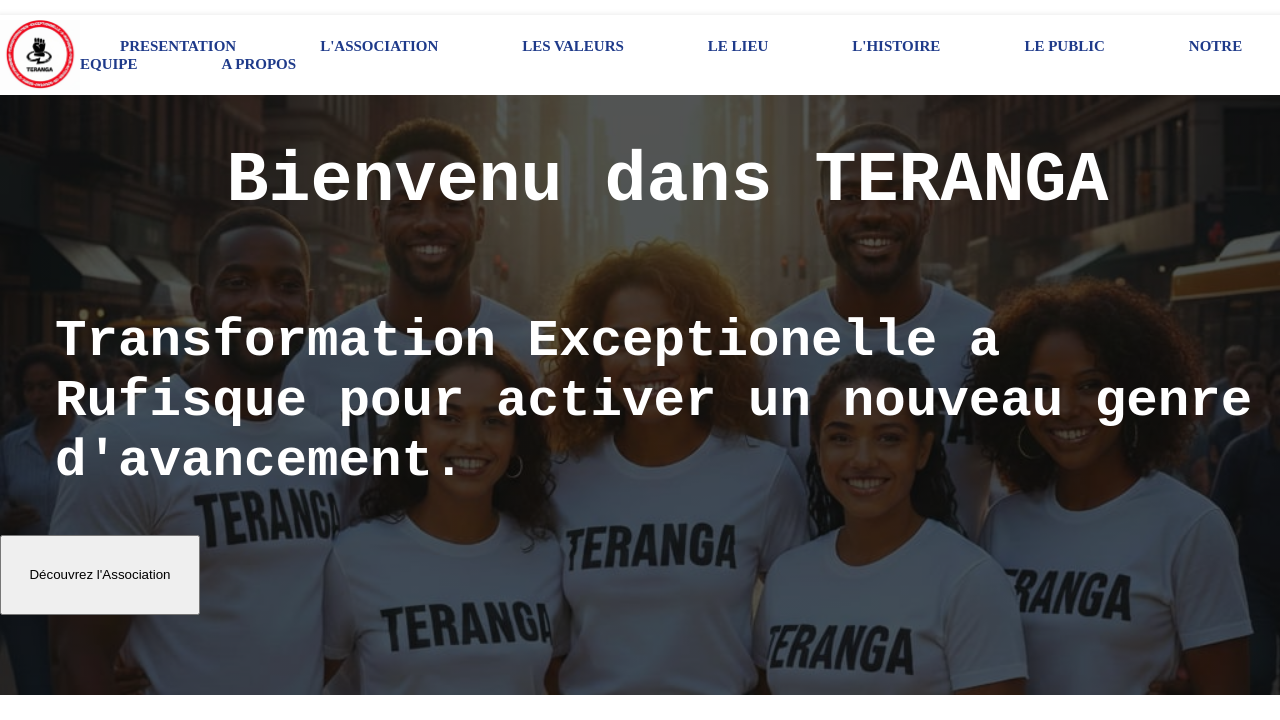
Repository: assanendao171/projet-teranga
Page: presentation.html
An editor plug-in stored every save of this project. The page is shown before and after the next save, followed by the edit.
The browser window is 1280 px wide. The pictures show the whole page.

Above is the page before, as saved 2026-02-11 12:23:50.

### presentation.html
<!DOCTYPE html>
<html lang="en">
<head>
    <meta charset="UTF-8">
    <meta name="viewport" content="width=device-width, initial-scale=1.0">
    <title>Document</title>
    <link rel="stylesheet" href="presentation.css">
</head>
<body>
<!-- l'entete -->
 <header>
        <!-- logo -->
<img src="image/logo.jpeg" alt="" class="logo">
<div class="btn-nav">

    <nav>

<a href="presentation.html" target="_blank">PRESENTATION</a>
<a href="association.html" target="_blank">L'ASSOCIATION</a>
<a href="valeur.html" target="_blank">LES VALEURS</a>
<a href="lieu.html" target="_blank">LE LIEU</a>
<a href="histoire.html" target="_blank">L'HISTOIRE</a>
<a href="public.html" target="_blank">LE PUBLIC</a>
<a href="equipe.html" target="_blank">NOTRE EQUIPE</a>
<a href="propos.html" target="_blank">A PROPOS</a>
    </nav>
</div>
 </header>
 <!-- le hero -->
  <div class="hero">
<div class="texte-accrosse">
    <h1>Bienvenu dans TERANGA</h1>
    <h2>Transformation Exceptionelle a Rufisque pour activer un nouveau genre d'avancement.</h2>
</div>
<!-- btn-hero -->
<button class="btn-hero">Découvrez l'Association</button>
  </div>
 <!-- le corps -->
  <main></main>
  <!-- le pieds -->
   <footer></footer>
</body>
</html>

### presentation.css
body{
    margin: 15px 0 5px 0;
}
header{
width: 100%;
height: 80px;
background-color: #FFFFFF;
box-shadow: 2px 6px 6px 6px rgba(0, 0, 0, 0.1);
display: flex;
align-items: center;
justify-content: center;
}
nav a{
    margin: 40px;
    color: #1E3A8A;
    text-decoration: none;
    font-size: 15px;
    font-weight:900;
}
nav a:hover{
    text-decoration: underline;
}
.logo{
    width: 80px;
left: 10px;
}
.hero{
  width:100%;
  height:600px ;
  background-image:
    linear-gradient(rgba(0, 0, 0, 0.6), rgba(0, 0, 0, 0.6)),
    url("image/background.jpeg");
  background-size: cover;
  background-position: top;
  background-repeat: no-repeat;
}
.texte-accrosse{
display: flex;
flex-direction: column;
justify-content: center;
align-items: center;
color: rgb(255, 255, 255);
font-size: 35px;
font-family: 'Courier New', Courier, monospace;
margin-left: 55px;
}
.btn-hero{
width: 200px;
height: 80px;
}

After the next save:
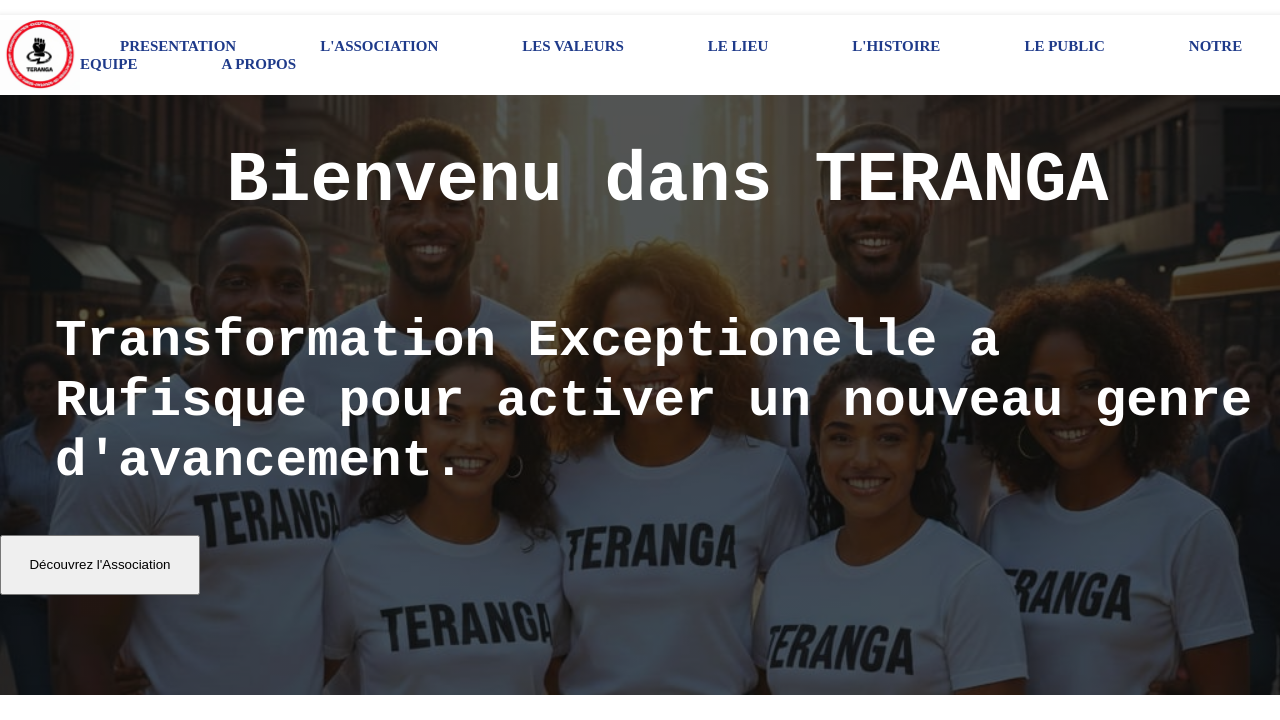
Saved 10 s later.
--- a/presentation.css
+++ b/presentation.css
@@ -46,5 +46,5 @@ margin-left: 55px;
 }
 .btn-hero{
 width: 200px;
-height: 80px;
+height: 60px;
 }
